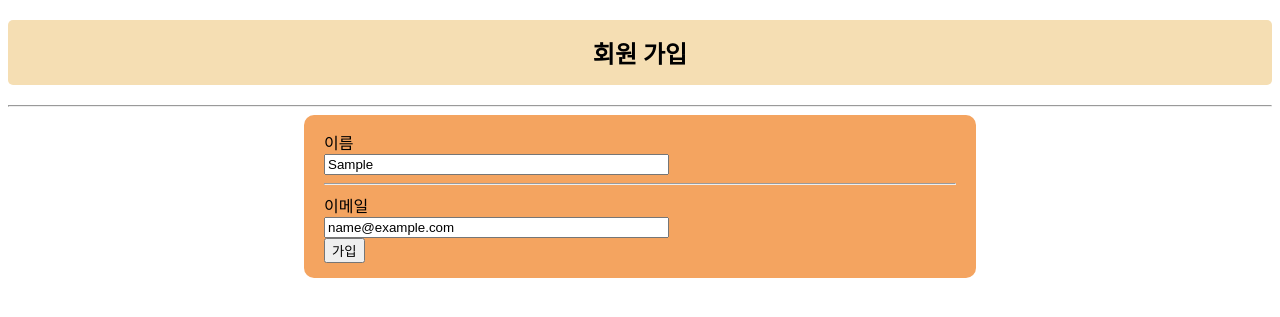
Repository: VvsJaemin/jsp-spring
Page: jwbook/src/main/webapp/ch03/regform.html
The author's editor kept a copy of each file at every save. The page is drawn from the files as they stood at one save, then again after the next save.
The browser window is 1280 px wide. The pictures show the whole page.
Empty fields were first filled with sample values (such as "Sample", 5 or name@example.com).
After loading, the first visible `button` was clicked once.

Above is the page before, as saved 2021-12-19 07:08:00.
Console error: ReferenceError: signUp is not defined

After the next save:
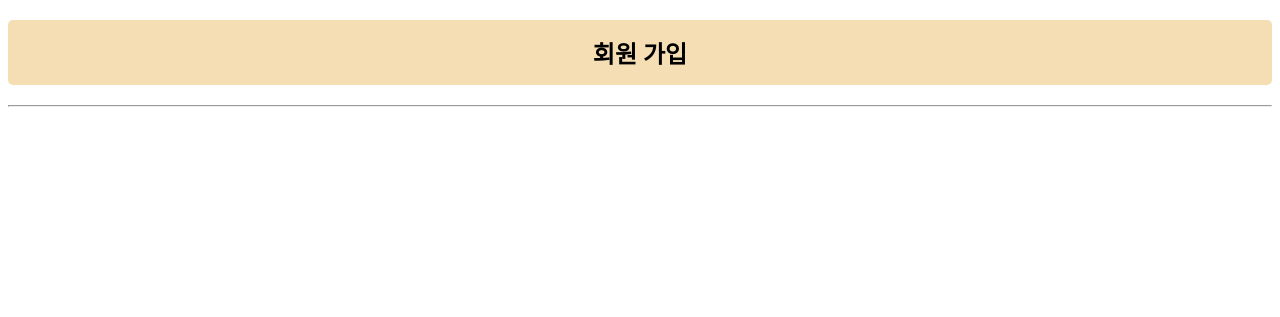
Console error: TypeError: Cannot read properties of undefined (reading 'name')
Saved 6 min 34 s later.
--- a/jwbook/src/main/webapp/ch03/regform.html
+++ b/jwbook/src/main/webapp/ch03/regform.html
@@ -32,5 +32,24 @@ h2 {
 			<button type="button" onclick="signUp()">가입</button>
 		</form>
 	</div>
+
+	<div id="result" class="result">
+		<h3>가입 정보</h3>
+		<hr>
+		이름: <span id="rname"></span><br>
+		이메일: <span id="remail"></span><br>
+	</div>
+	<script type="text/javascript">
+		document.getElementById("result").style.display="none";
+
+		function signUp() {
+			alert("정말로 가입 하시겠습니까?");
+			document.getElementById("regform").style.display='none';
+			document.getElementById("rname").innerHTML = document.form1.name.value;
+			document.getElementById("remail").innerHTML = document.form1.email.value;
+			document.getElementById("result").setAttribute("style", "display: block; background-color:KhaKi;");
+
+		}
+	</script>
 </body>
 </html>
